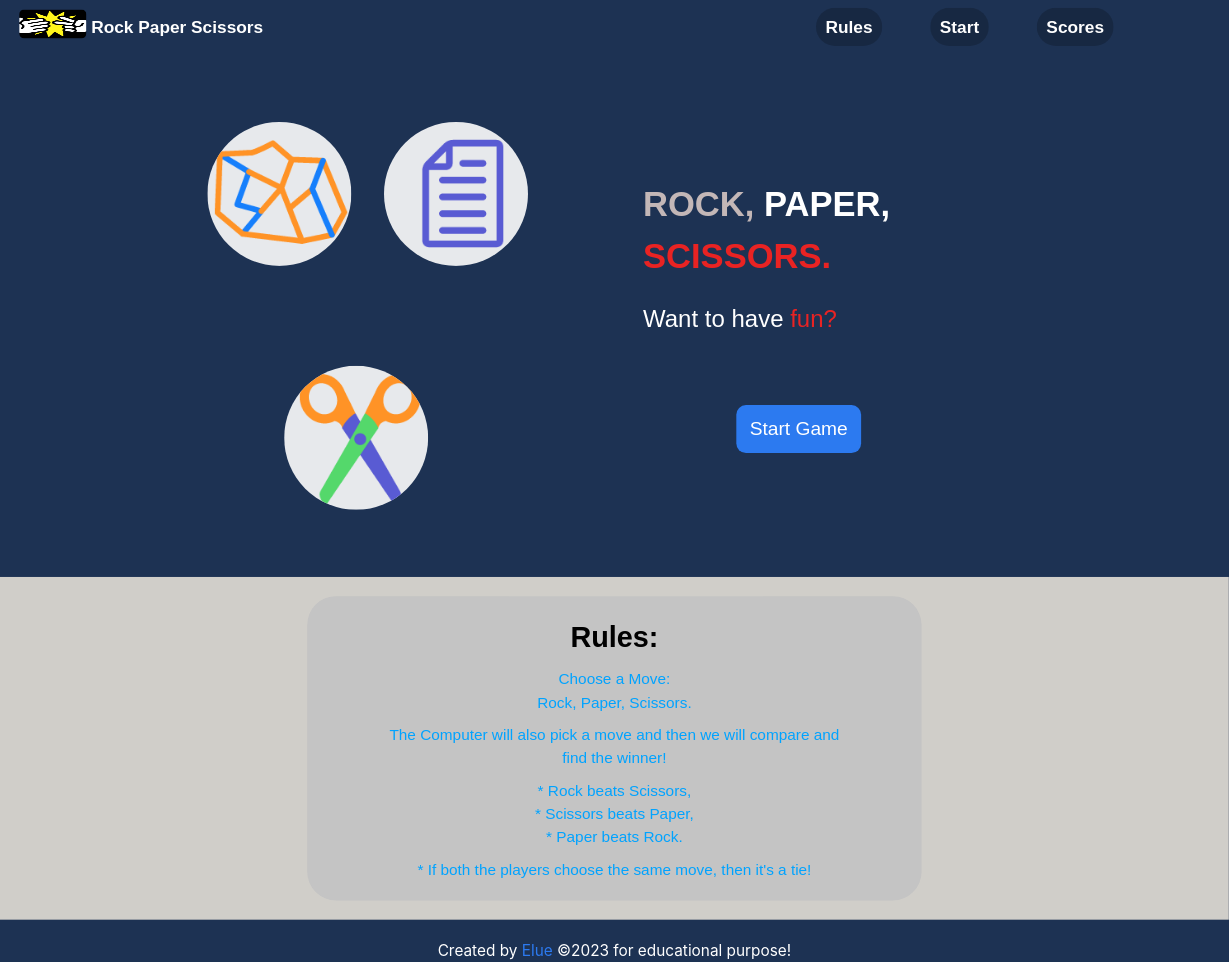
Repository: MikkyPrestige/rock-paper-scissors
Page: index.html
An editor plug-in stored every save of this project. The page is shown before and after the next save, followed by the edit.
The browser window is 1280 px wide. The pictures show the whole page, at 96% of full size.

Above is the page before, as saved 2023-05-08 05:45:11.

After the next save:
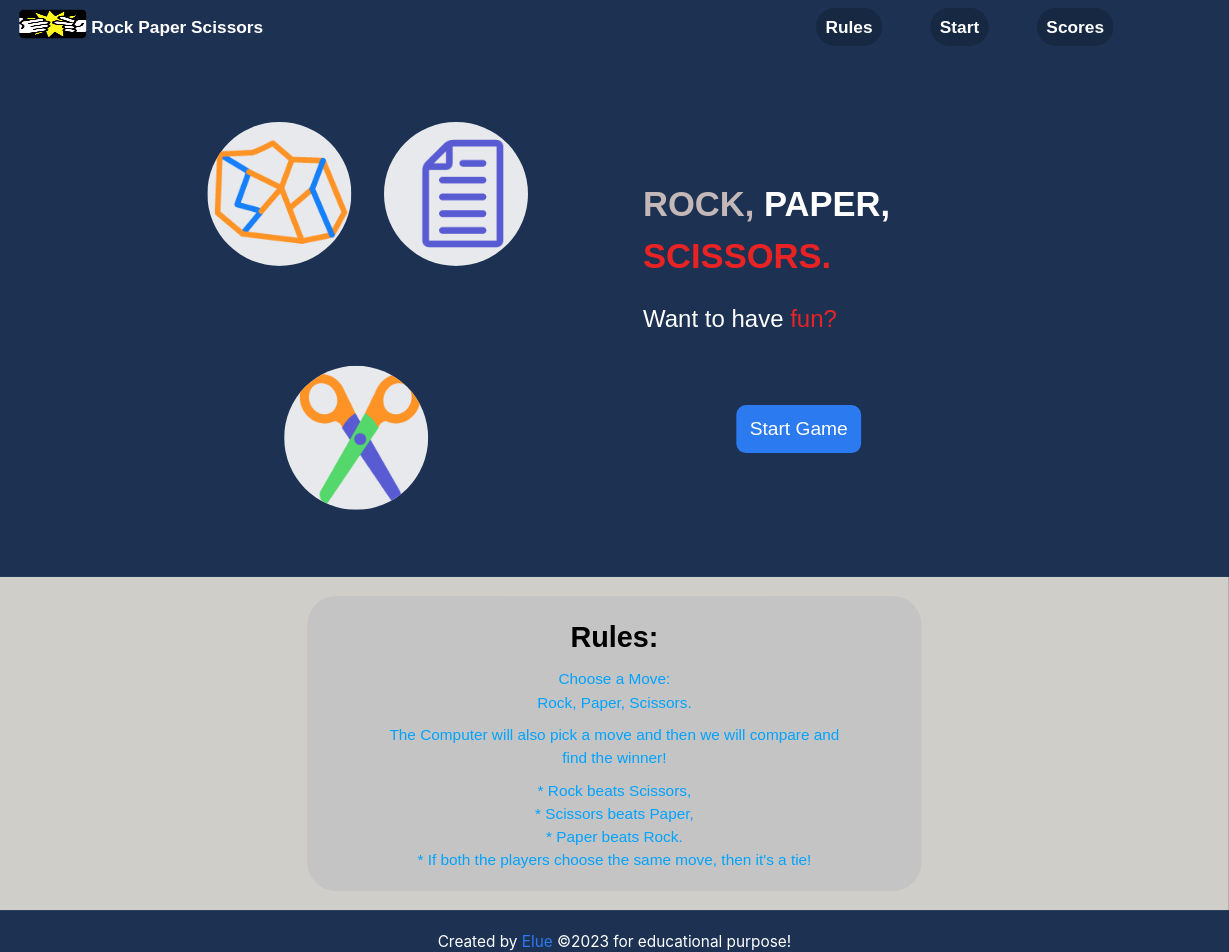
Saved 48 s later.
--- a/index.html
+++ b/index.html
@@ -46,8 +46,7 @@
         <h2 class="rule--title">Rules:</h2>
         <p class="rule--para">Choose a Move: <br>Rock, Paper, Scissors.</p>
         <p class="rule--para">The Computer will also pick a move and then we will compare and find the winner!</p>
-        <p class="rule--para">* Rock beats Scissors, <br> * Scissors beats Paper, <br> * Paper beats Rock.</p>
-        <p class="rule--para">* If both the players choose the same move, then it's a tie!</p>
+        <p class="rule--para">* Rock beats Scissors, <br> * Scissors beats Paper, <br> * Paper beats Rock. <br> * If both the players choose the same move, then it's a tie!</p>
         <!-- <button type="submit" class="btn">New Game</button> -->
       </div>
     </section>
